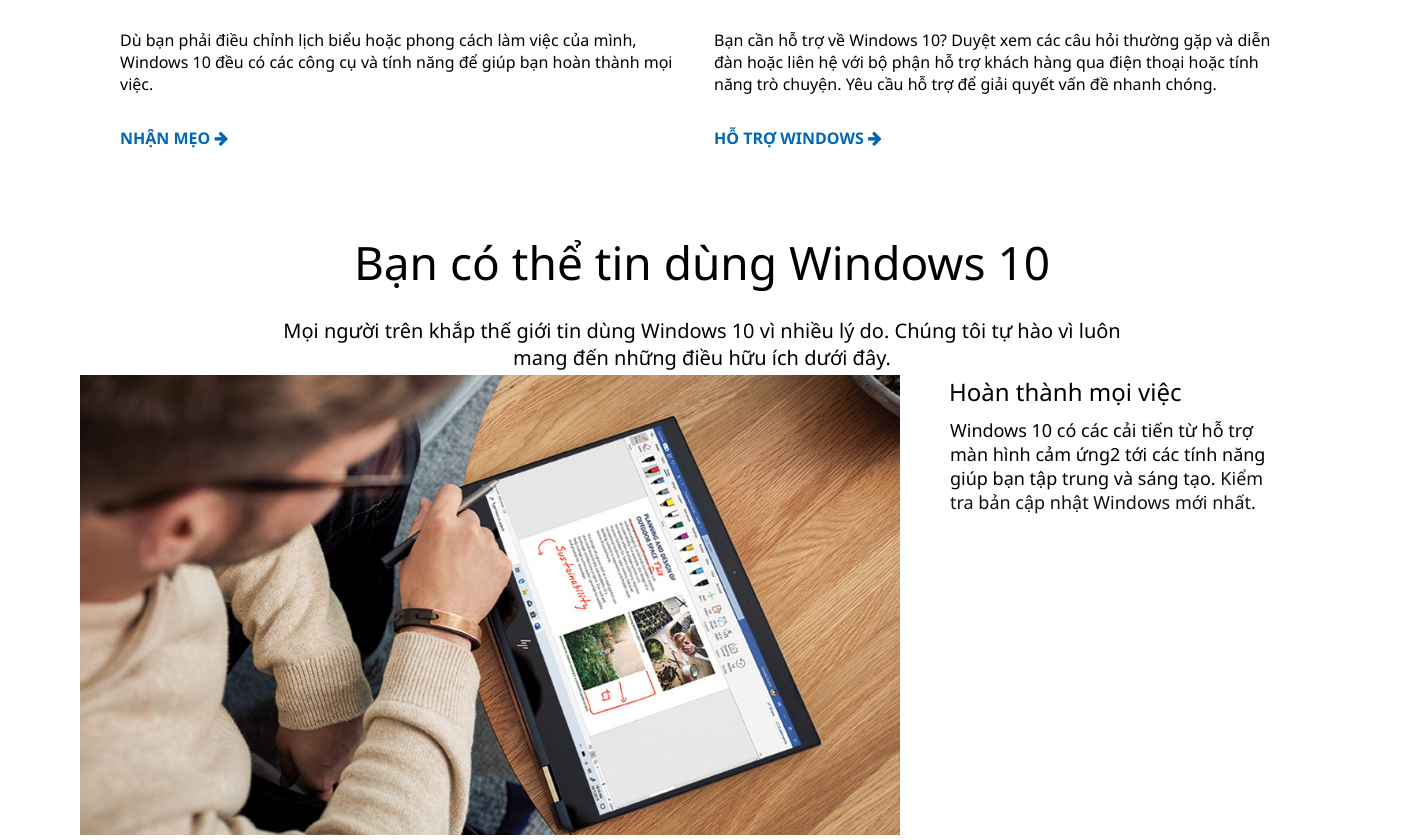
Repository: hoangphuong965/clone-Microsoft---practice
Page: index.html
The author's editor kept a copy of each file at every save. The page is drawn from the files as they stood at one save, then again after a run of saves.
The browser window is 1280 px wide. The page is 1404 px wide, so the pictures cover 1404 px, including what lies to the right of the window. The pictures show the part of the page from y = 1235 to 2075 px (the page is 2075 px tall).

Above is the page before, as saved 2020-06-10 21:12:40.

After the next 3 saves:
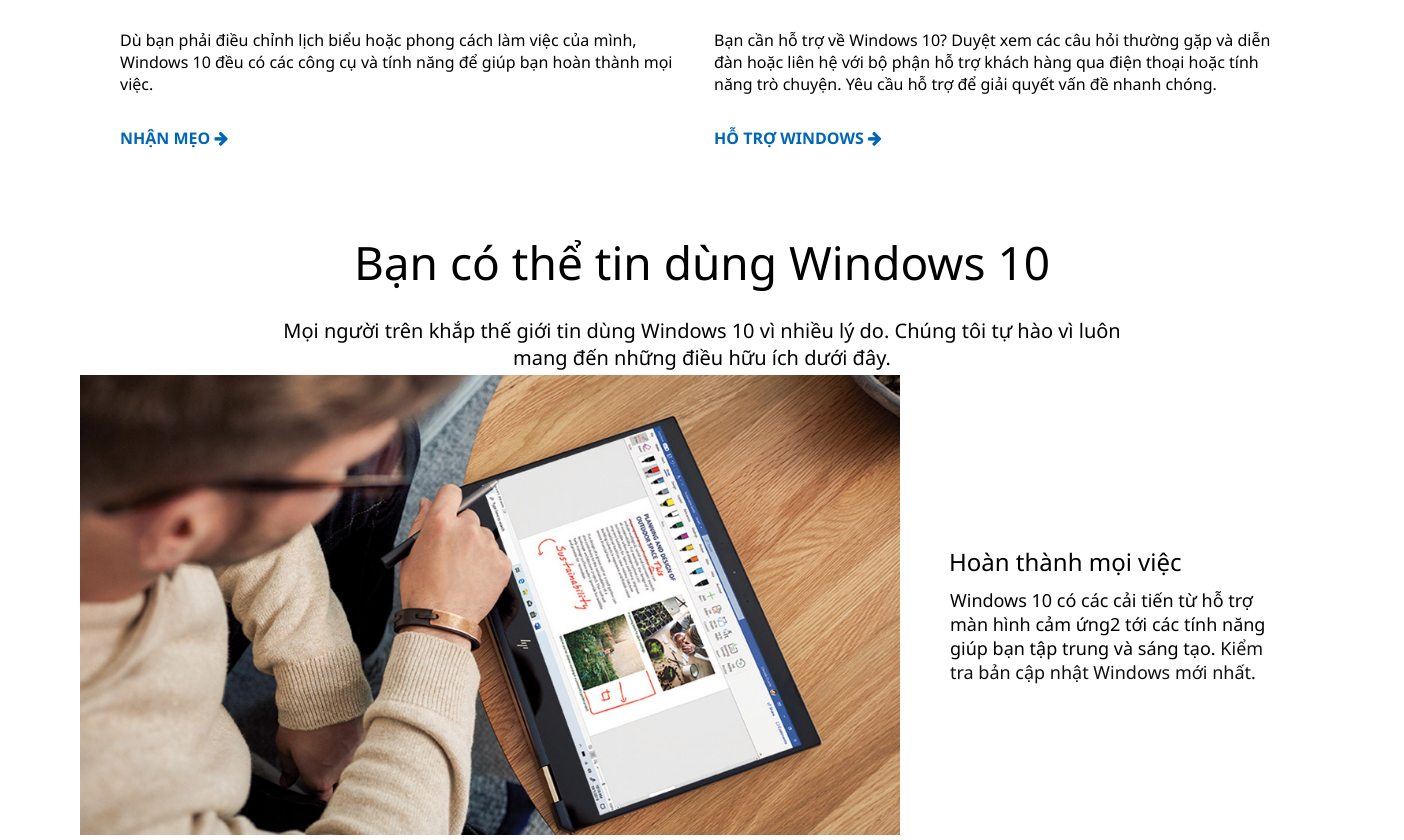
The 3 saves are shown as one change because they came seconds apart.
The last was saved 75 s later.
--- a/style.css
+++ b/style.css
@@ -153,7 +153,9 @@
   width: 820px;
   height: 460px;
 }
-
+.feature-text-right{
+  padding-top: 40%;
+}
 .feature-text-right h2 {
   text-align: left;
   font-weight: 350;
